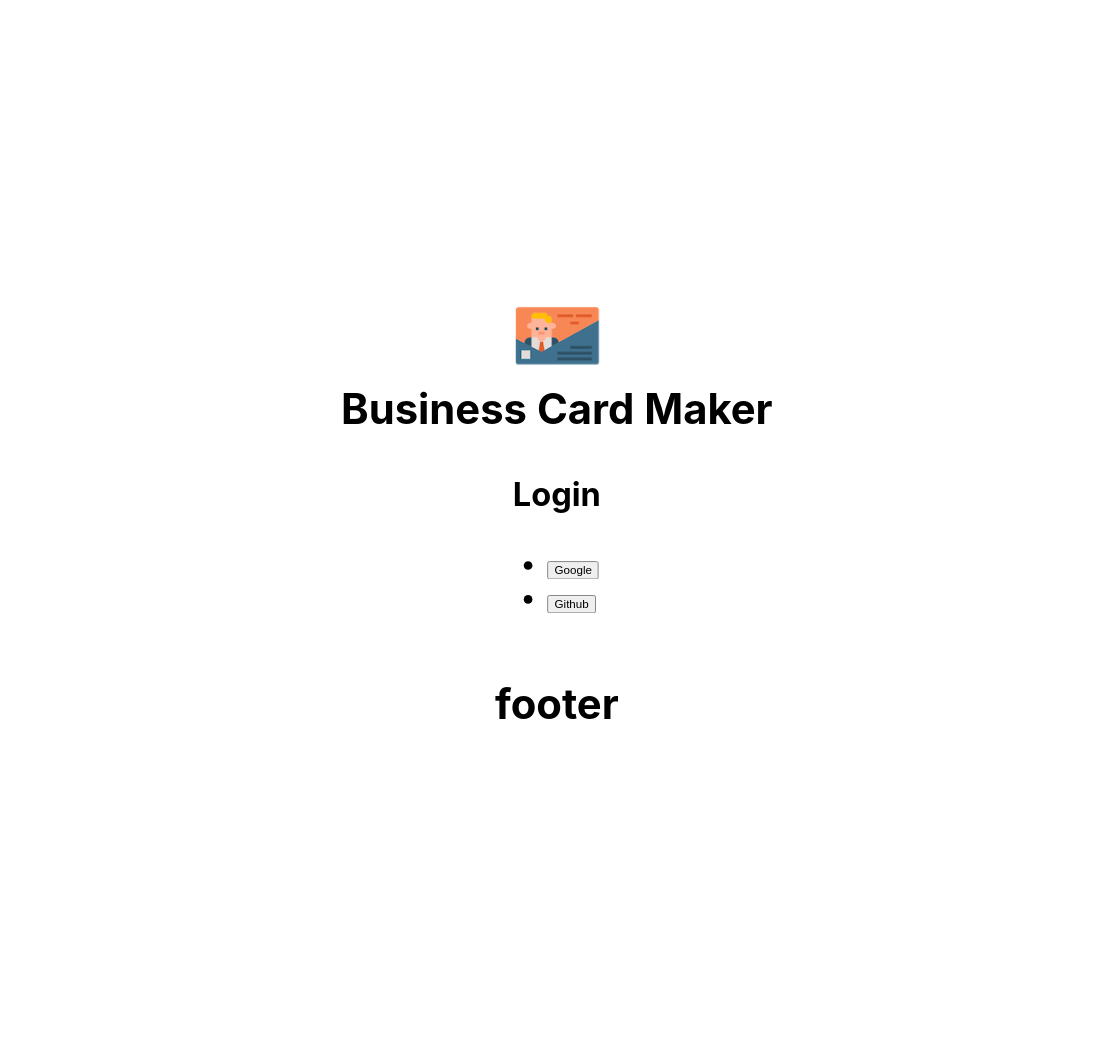
Repository: gomgomigom/firebase_practice_card_maker
Page: /
The author's editor kept a copy of each file at every save. The page is drawn from the files as they stood at one save, then again after the next save.
The browser window is 1280 px wide. The pictures show the whole page, at 87% of full size.
The page's requests for data from a server got no answer. The project was rebuilt for these pictures with package versions that can differ from the ones it lists, and the page was loaded fresh each time. No one was signed in, and anything a server would have sent is missing.

Above is the page before, as saved 2022-01-21 13:47:39.

### public/index.html
<!DOCTYPE html>
<html lang="en">
  <head>
    <meta charset="utf-8" />
    <link rel="icon" href="./images/logo.png" />
    <meta name="viewport" content="width=device-width, initial-scale=1" />
    <meta name="theme-color" content="#000000" />
    <meta
      name="description"
      content="Web site created using create-react-app"
    />
    <title>Card-Maker</title>
  </head>
  <body>
    <noscript>You need to enable JavaScript to run this app.</noscript>
    <div id="root"></div>
  </body>
</html>

### src/index.js
import React from 'react';
import ReactDOM from 'react-dom';
import './index.module.css';
import App from './app';
import AuthService from './service/auth_service';

const authService = new AuthService();
ReactDOM.render(
  <React.StrictMode>
    <App authService={authService} />
  </React.StrictMode>,
  document.getElementById('root')
);

### src/app.js
import './app.css';
import Login from './components/login/login';

function App({ authService }) {
  return (
    <h1>
      <Login authService={authService} />
    </h1>
  );
}

export default App;

### src/service/auth_service.js
import firebase from 'firebase';
import firebaseApp from './firebase';

class AuthService {
  login(providerName) {
    const authProvider = new firebase.auth[`${providerName}AuthProvider`]();
    return firebaseApp.auth().signInWithPopup(authProvider);
  }
}
export default AuthService;

### src/components/login/login.jsx
import React from 'react';
import Footer from '../footer/footer';
import Header from '../header/header';
import styles from './login.module.css';

const Login = ({ authService }) => {
  const onLogin = (event) => {
    authService //
      .login(event.currentTarget.textContent)
      .then(console.log);
  };

  return (
    <section className={styles.login}>
      <Header />
      <section className={styles.loginList}>
        <h1 className={styles.title}>Login</h1>
        <ul>
          <li>
            <button className={styles.button} onClick={onLogin}>
              Google
            </button>
          </li>
          <li>
            <button className={styles.button} onClick={onLogin}>
              Github
            </button>
          </li>
        </ul>
      </section>
      <Footer />
    </section>
  );
};

export default Login;

### src/service/firebase.js
import firebase from 'firebase';

const firebaseConfig = {
  apiKey: process.env.REACT_APP_FIREBASE_API_KEY,
  authDomain: process.env.REACT_APP_FIREBASE_AUTH_DOMAIN,
  projectId: process.env.REACT_APP_FIREBASE_PROJECT_ID,
  storageBucket: process.env.REACT_APP_FIREBASE_STORAGE_BUCKET,
};

const firebaseApp = firebase.initializeApp(firebaseConfig);

export default firebaseApp;

### src/components/footer/footer.jsx
import React from 'react';

const Footer = (props) => <h1>footer</h1>;

export default Footer;

### src/components/header/header.jsx
import React from 'react';
import styles from './header.module.css';

const Header = ({ onLogout }) => {
  return (
    <header className={styles.header}>
      {onLogout && (
        <button className={styles.button} onClick={onLogout}>
          Logout
        </button>
      )}
      <img className={styles.logo} src='/images/logo.png' alt='logo' />
      <h1 className={styles.title}>Business Card Maker</h1>
    </header>
  );
};

export default Header;

### src/components/login/login.module.css
@value makerLightGrey from '../../common/colors.css';

.login {
  display: flex;
  flex-direction: column;
  align-items: center;
  justify-content: center;
  background-color: makerLightGrey;
  padding: 20rem;
}

### src/components/header/header.module.css
@value makerBlack from '../../common/colors.css';
@value makerGreen from '../../common/colors.css';
@value makerWhite from '../../common/colors.css';
@value makerWheat from '../../common/colors.css';

.header {
  width: 40rem;
  display: flex;
  flex-wrap: wrap;
  flex-direction: column;
  justify-content: center;
  align-items: center;
  font-size: 2rem;
  background-color: makerGreen;
}

.logo {
  margin: 0.6rem;
}

.title {
  color: makerWhite;
  margin: 0.6rem;
}

Loaded but not shown: src/index.module.css (common file); src/app.css (common file)

After the next save:
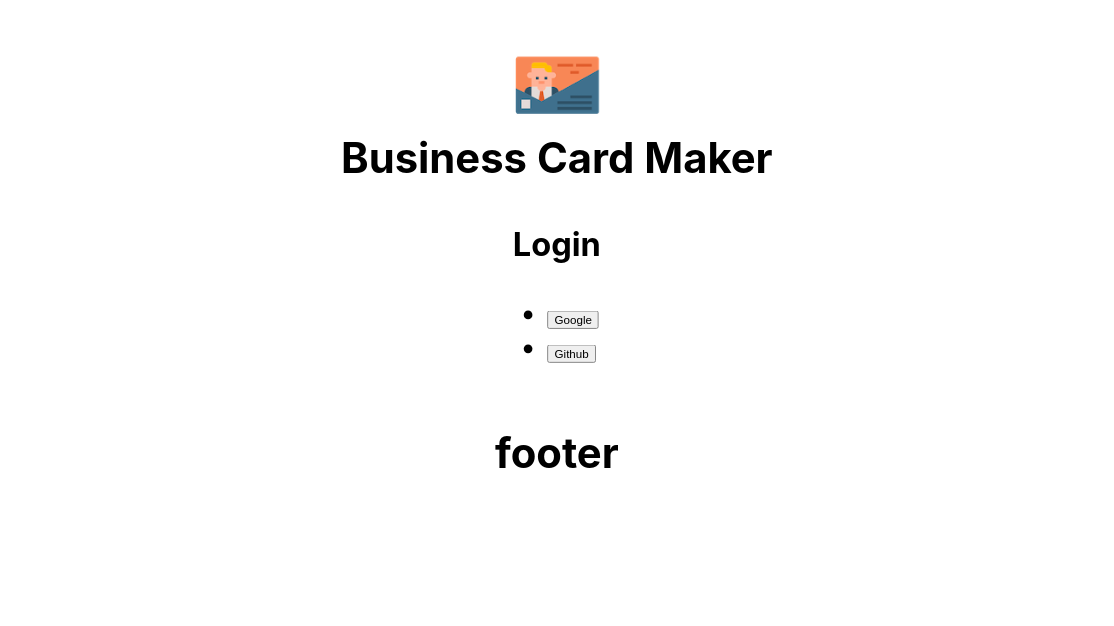
Saved 15 s later.
--- a/src/components/login/login.module.css
+++ b/src/components/login/login.module.css
@@ -6,5 +6,5 @@
   align-items: center;
   justify-content: center;
   background-color: makerLightGrey;
-  padding: 20rem;
+  padding: 2rem;
 }
